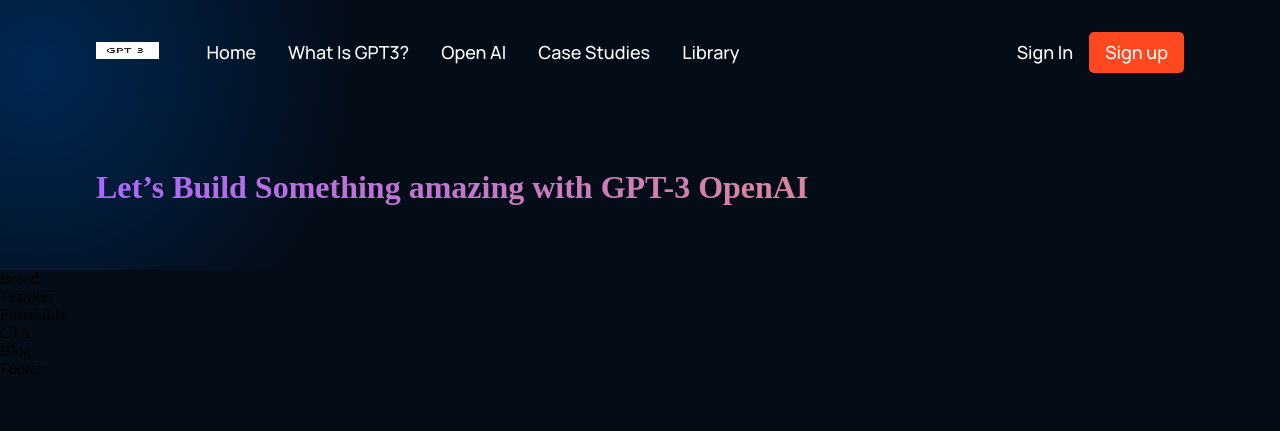
Repository: GeorgiosDev/OpenAI-Clone
Page: /
An editor plug-in stored every save of this project. The page is shown before and after a run of saves, followed by the edit.
The browser window is 1280 px wide. The pictures show the whole page.
The project was rebuilt for these pictures with package versions that can differ from the ones it lists, and the page was loaded fresh each time. Also part of the build but not shown: src/components/article/article.css, src/components/article/Article.jsx, src/components/cta/cta.css, src/components/feature/Feature.jsx, src/containers/blog/blog.css, src/containers/features/features.css, src/containers/footer/footer.css, src/containers/header/header.css and 2 more.

Above is the page before, as saved 2025-01-31 15:28:39.

### src/App.js
import "./App.css";
import {  Brand, Navbar, CTA } from "./components/index";
import {
  Blog,
  Features,
  Footer,
  Header,
  Possibility,
  WhatGPT,
} from "./containers/index";

function App() {
  return (
    <div className="App ">
      <div className="gradient__bg">
        <Navbar />
        <Header />
      </div>
      <Brand />
      <WhatGPT />
      <Features />
      <Possibility />
      <CTA />
      <Blog />
      <Footer />
    </div>
  );
}

export default App;

### src/components/index.js
export { default as Article } from "./article/Article";
export { default as Brand } from "./brand/Brand";
export { default as CTA } from "./cta/CTA";

export { default as Navbar } from "./navbar/Navbar";
export { default as Feauture } from "./feature/Feature";

### src/containers/index.js
export { default as Blog } from './blog/Blog';
export { default as Features  } from './features/Features';
export { default as Footer } from './footer/Footer';
export { default as Header } from './header/Header';
export { default as Possibility } from './possibility/Possibility';
export { default as WhatGPT } from './whatGPT/whatGPT';

### src/components/brand/Brand.jsx
import React from 'react'

const Brand = () => {
  return (
    <div>
      Brand
    </div>
  )
}

export default Brand

### src/components/cta/CTA.jsx
import React from 'react'
import "./cta.css"
const CTA = () => {
  return (
    <div>
      CTA
    </div>
  )
}

export default CTA

### src/components/navbar/Navbar.jsx
import React, { useState } from "react";
import { RiMenu3Line, RiCloseLine } from "react-icons/ri";
import logo from "../../assets/logo.png";
import "./navbar.css";

const Navbar = () => {
  const [toggleMenu, setToggleMenu] = useState(false);
  const Menu = () => {
    return (
      <>
        <p>
          <a href="#home">Home</a>
        </p>
        <p>
          <a href="#wgpt3">What is GPT3?</a>
        </p>
        <p>
          <a href="#possibility">Open AI</a>
        </p>
        <p>
          <a href="#features">Case Studies</a>
        </p>
        <p>
          <a href="#blog">Library</a>
        </p>
      </>
    );
  };

  return (
    <div className="gpt3__navbar">
      <div className="gpt3__navbar-links">
        <div className="gpt3__navbar-links_logo">
          <img src={logo} alt="logo" />
        </div>
        <div className="gpt3__navbar-links_container">
          <Menu />
        </div>
      </div>
      <div className="gpt3__navbar-sign">
        <p>Sign in</p>
        <button type="button">Sign up</button>
      </div>
      <div className="gpt3__navbar-menu">
        {toggleMenu ? (
          <RiCloseLine
            color="#fff"
            size={27}
            onClick={() => setToggleMenu(false)}
          />
        ) : (
          <RiMenu3Line
            color="#fff"
            size={27}
            onClick={() => setToggleMenu(true)}
          />
        )}
        {toggleMenu && (
          <div className="gpt3__navbar-menu_container scale-up-center">
            <div className="gpt3__navbar-menu_container-links">
              <Menu />
            </div>
            <div className="gpt3__navbar-menu_container-links-sign">
              <p>Sign in</p>
              <button type="button">Sign up</button>
            </div>
          </div>
        )}
      </div>
    </div>
  );
};

export default Navbar;

### src/containers/blog/Blog.jsx
import React from "react";
import "./blog.css";
const Blog = () => {
  return <div>Blog</div>;
};

export default Blog;

### src/containers/features/Features.jsx
import React from 'react'
import "./features.css"
const Features = () => {
  return (
    <div>
      Features
    </div>
  )
}

export default Features

### src/containers/footer/Footer.jsx
import React from 'react'
import "./footer.css"
const Footer = () => {
  return (
    <div>
      Footer
    </div>
  )
}
export default Footer

### src/containers/header/Header.jsx
import React from "react";
import "./header.css";
const Header = () => {
  return (
    <div className="gpt3__header section__padding" id="home">
      <div className="gpt3__header-content">
        <h1 className="gradient__text">
          Let’s Build Something amazing with GPT-3 OpenAI
        </h1>
      </div>
    </div>
  );
};
export default Header;

### src/containers/possibility/Possibility.jsx
import React from 'react'
import "./possibility.css"
const Possibility = () => {
  return (
    <div>
      Possibility
    </div>
  )
}

export default Possibility

### src/containers/whatGPT/whatGPT.jsx
import React from 'react'
import "./whatGPT.css"
const whatGPT = () => {
  return (
    <div>

    </div>
  )
}

export default whatGPT

### src/components/navbar/navbar.css
.gpt3__navbar {
    display: flex;
    justify-content: space-between;
    align-items: center;

    padding: 2rem 6rem;
}

.gpt3__navbar-links {
    flex: 1;
    display: flex;
    justify-content: flex-start;
    align-items: center;
}

.gpt3__navbar-links_logo {
    margin-right: 2rem;
}

.gpt3__navbar-links_logo img {
    width: 62.56px;
    height: 16.02px;
}

.gpt3__navbar-links_container {
    display: flex;
    flex-direction: row;
}

.gpt3__navbar-sign {
    display: flex;
    justify-content: flex-end;
    align-items: center;
}

.gpt3__navbar-links_container p,
.gpt3__navbar-sign p,
.gpt3__navbar-menu_container p {
    color: #fff;
    font-family: var(--font-family);
    font-weight: 500;
    font-size: 18px;
    line-height: 25px;
    text-transform: capitalize;

    margin: 0 1rem;
    cursor: pointer;
}

.gpt3__navbar-sign button,
.gpt3__navbar-menu_container button {
    padding: 0.5rem 1rem;
    color: #fff;
    background: #FF4820;
    font-family: var(--font-family);
    font-weight: 500;
    font-size: 18px;
    line-height: 25px;
    border: none;
    outline: none;
    cursor: pointer;
    border-radius: 5px;
}

.gpt3__navbar-menu {
    margin-left: 1rem;

    display: none;
    position: relative;
}

.gpt3__navbar-menu svg {
    cursor: pointer;
}

.gpt3__navbar-menu_container {
    display: flex;
    justify-content: flex-end;
    align-items: flex-end;
    flex-direction: column;

    text-align: end;
    background: var(--color-footer);
    padding: 2rem;
    position: absolute;
    right: 0;
    top: 40px;
    margin-top: 1rem;
    min-width: 210px;
    border-radius: 5px;
    box-shadow: 0px 0px 5px rgba(0,0, 0,0.2);
}

.gpt3__navbar-menu_container p {
    margin: 1rem 0;
}

.gpt3__navbar-menu_container-links-sign {
    display: none;
}

@media screen and (max-width: 1050px) {
    .gpt3__navbar-links_container {
        display: none;
    }

    .gpt3__navbar-menu {
        display: flex;
    }
}

@media screen and (max-width: 700px) {
    .gpt3__navbar {
        padding: 2rem 4rem;
    }
}

@media screen and (max-width: 550px) {
    .gpt3__navbar {
        padding: 2rem;
    }

    .gpt3__navbar-sign {
        display: none;
    }

    .gpt3__navbar-menu_container {
        top: 20px;
    }

    .gpt3__navbar-menu_container-links-sign {
        display: block;
    }
}

Loaded but not shown: src/index.js (common file); src/index.css (common file); src/App.css (common file)

After the next 3 saves:
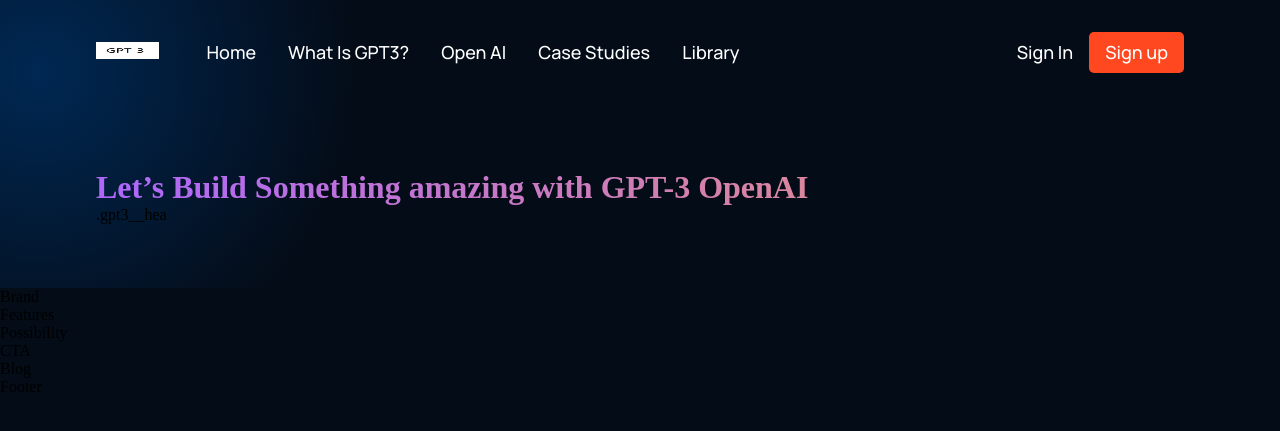
The 3 saves are shown as one change because they came seconds apart.
The last was saved 114 min 30 s later.
--- a/src/containers/header/Header.jsx
+++ b/src/containers/header/Header.jsx
@@ -7,6 +7,7 @@
         <h1 className="gradient__text">
           Let’s Build Something amazing with GPT-3 OpenAI
         </h1>
+        .gpt3__hea
       </div>
     </div>
   );
